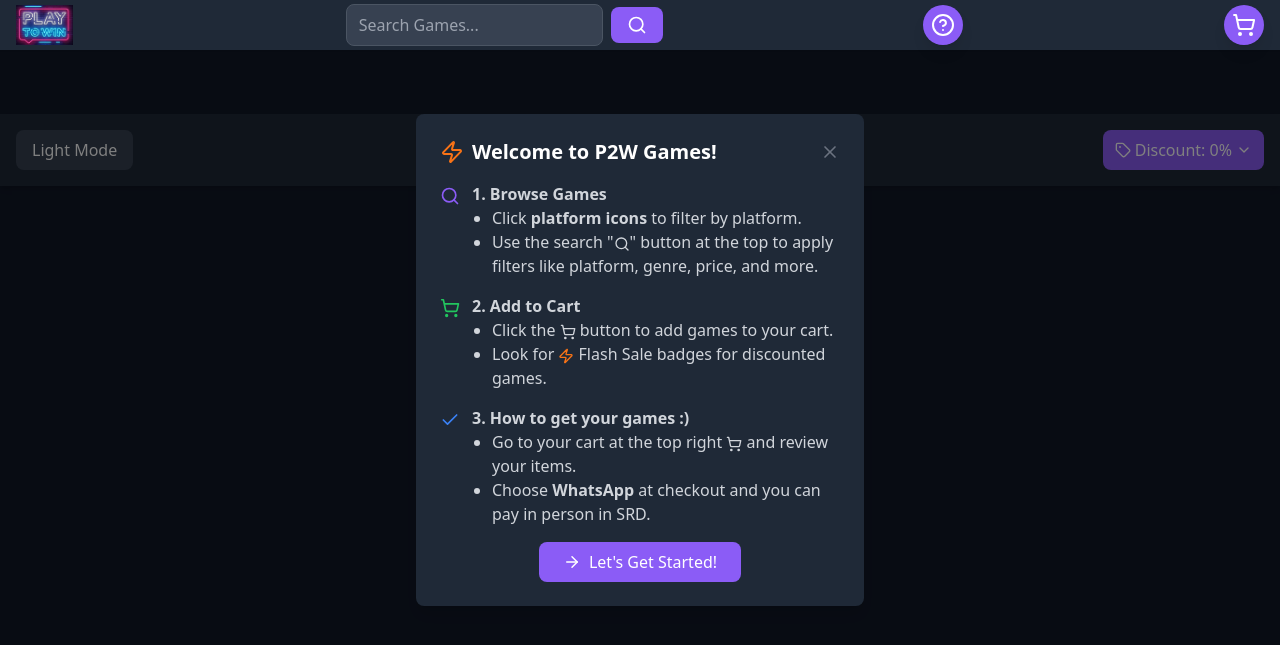
Repository: Play2Win777/P2W-Superbase
Page: /
An editor plug-in stored every save of this project. The page is shown before and after the next save, followed by the edit.
The browser window is 1280 px wide. The pictures show the whole page.
The page's requests for data from a server got no answer. The project was rebuilt for these pictures with package versions that can differ from the ones it lists, and the page was loaded fresh each time. No one was signed in, and anything a server would have sent is missing. Also part of the build but not shown: vite.config.ts, src/components/Filters.tsx, src/components/GameCard.tsx, src/components/FlashSaleBadge.tsx, src/pages/GameDetails.tsx, src/pages/Checkout.tsx, src/pages/FlashSalePage.tsx, src/components/Toast.tsx.

Above is the page before, as saved 2025-03-18 06:03:39.

After the next save:
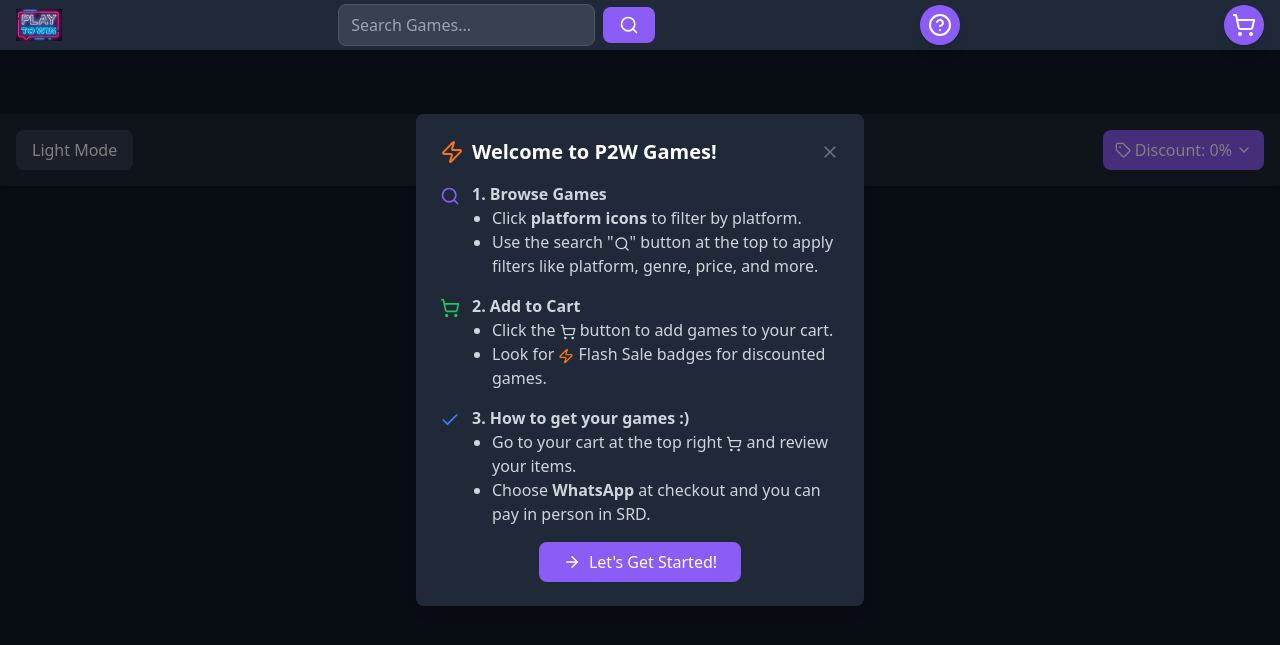
Saved 27 s later.
--- a/src/App.tsx
+++ b/src/App.tsx
@@ -261,7 +261,7 @@
                     onClick={() => window.location.href = '/'}
                     className="text-2xl font-bold text-gray-900 dark:text-white whitespace-nowrap cursor-pointer flex items-center"
                   >
-                    <img src="/assets/icons/p2wlogo.png" alt="Play 2 Win" className="h-10 mr-3" />
+                    <img src="/assets/icons/p2wlogo.png" alt="Play 2 Win" className="h-8 mr-3" />
                   </h1>
                 </div>
 
